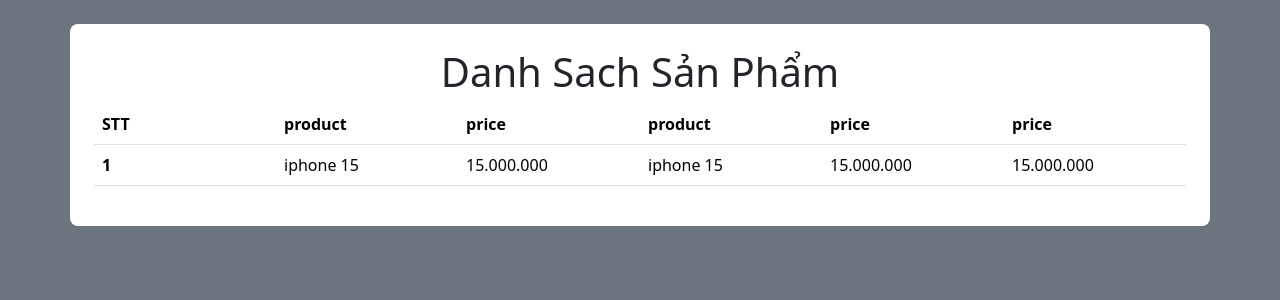
Repository: HT-35/iuh
Page: thi GK/listProduct.html
The author's editor kept a copy of each file at every save. The page is drawn from the files as they stood at one save, then again after the next save.
The browser window is 1280 px wide. The pictures show the whole page.
The page's requests for data from a server got no answer.

Above is the page before, as saved 2024-03-27 18:26:04.

After the next save:
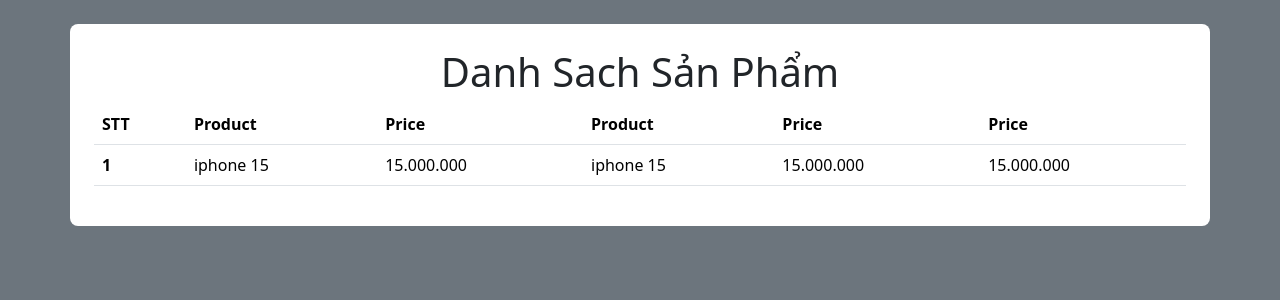
Saved 105 s later.
--- a/thi GK/listProduct.html
+++ b/thi GK/listProduct.html
@@ -24,30 +24,31 @@
         </div>
         <div class="">
 
-          <table class="table">
-            <thead>
-              <tr>
-                <th class="col-2  col-sm-2 col-md-2 col-lg-2">STT</th>
-                <th class="col-2  col-sm-2 col-md-2 col-lg-2">product</th>
-                <th class="col-2  col-sm-2 col-md-2 col-lg-2">price</th>
-                <th class="col-2  col-sm-2 col-md-2 col-lg-2">product</th>
-                <th class="col-2  col-sm-2 col-md-2 col-lg-2">price</th>
-                <th class="col-2  col-sm-2 col-md-2 col-lg-2">price</th>
+          <div class="table-responsive">
+            <table class="table">
+              <thead>
+                <tr>
+                  <th>STT</th>
+                  <th>Product</th>
+                  <th>Price</th>
+                  <th>Product</th>
+                  <th>Price</th>
+                  <th>Price</th>
+                </tr>
+              </thead>
+              <tbody id="insertData">
+                <tr>
+                  <th scope="row">1</th>
+                  <td>iphone 15</td>
+                  <td>15.000.000</td>
+                  <td>iphone 15</td>
+                  <td>15.000.000</td>
+                  <td>15.000.000</td>
+                </tr>
+              </tbody>
+            </table>
+          </div>
 
-              </tr>
-            </thead>
-            <tbody id="insertData">
-              <tr>
-                <th scope="row">1</th>
-                <td class="col-2  col-sm-2 col-md-2 col-lg-2">iphone 15</td>
-                <td class="col-2  col-sm-2 col-md-2 col-lg-2">15.000.000</td>
-                <td class="col-2  col-sm-2 col-md-2 col-lg-2">iphone 15</td>
-                <td class="col-2  col-sm-2 col-md-2 col-lg-2">15.000.000</td>
-                <td class="col-2  col-sm-2 col-md-2 col-lg-2">15.000.000</td>
-              </tr>
-
-            </tbody>
-          </table>
 
         </div>
 
